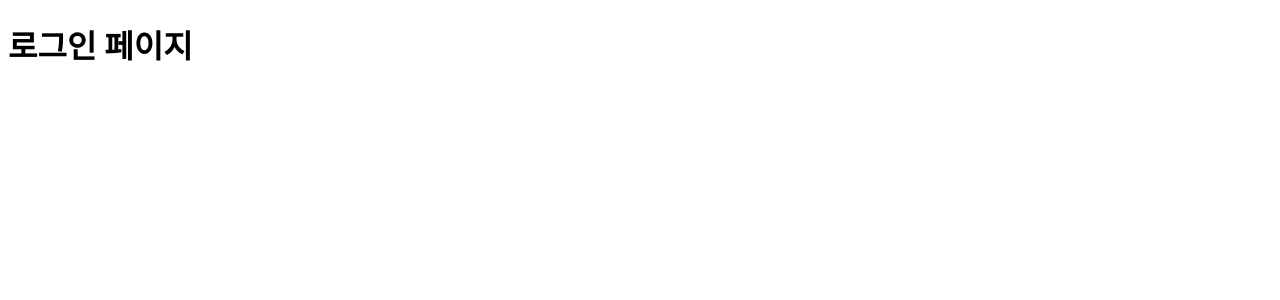
Repository: Chojaejun/javastudy
Page: HelloWorld/WebContent/Test1.html
An editor plug-in stored every save of this project. The page is shown before and after the next save, followed by the edit.
The browser window is 1280 px wide. The pictures show the whole page.

Above is the page before, as saved 2020-12-07 00:26:37.

### HelloWorld/WebContent/Test1.html
<!DOCTYPE html>
<html>
<head>
<meta charset="UTF-8">
<title>Insert title here</title>
</head>
<body>
<h1>로그인 페이지</h1>

<form action="login.do">










</form>

</body>
</html>

After the next save:
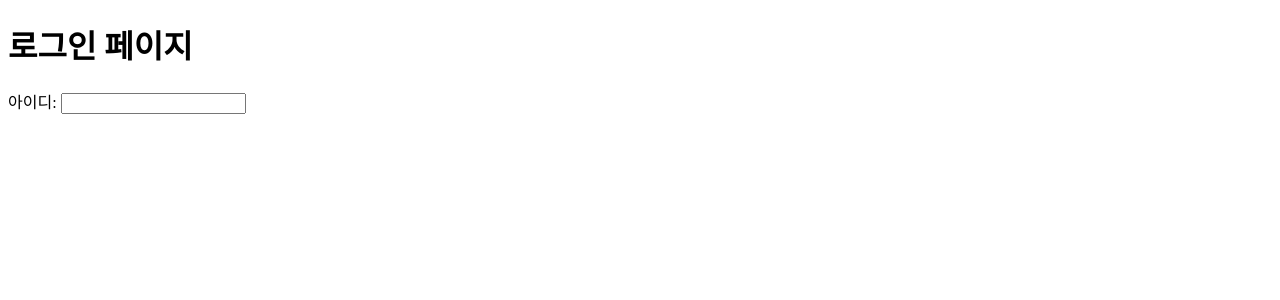
Saved 54 s later.
--- a/HelloWorld/WebContent/Test1.html
+++ b/HelloWorld/WebContent/Test1.html
@@ -8,7 +8,8 @@
 <h1>로그인 페이지</h1>
 
 <form action="login.do">
-
+<label for="id">아이디: </label>
+<input id="id" name="id">
 
 
 
